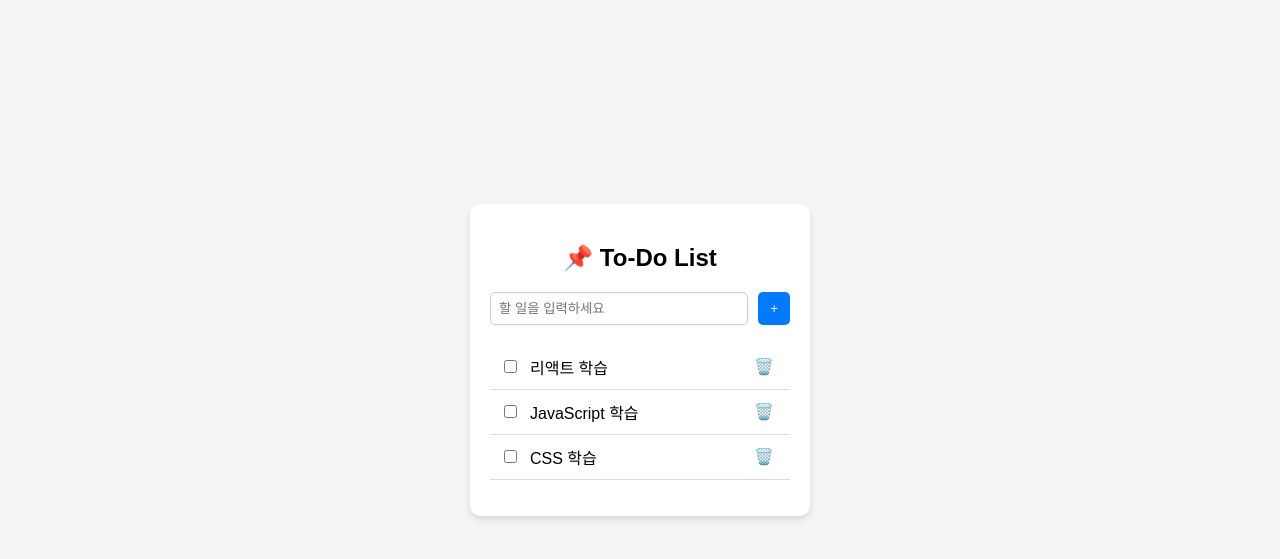
Repository: jongheonleee/todo-list
Page: /
An editor plug-in stored every save of this project. The page is shown before and after the next save, followed by the edit.
The browser window is 1280 px wide. The pictures show the whole page.
The project was rebuilt for these pictures with package versions that can differ from the ones it lists, and the page was loaded fresh each time.

Above is the page before, as saved 2025-02-19 15:34:03.

After the next save:
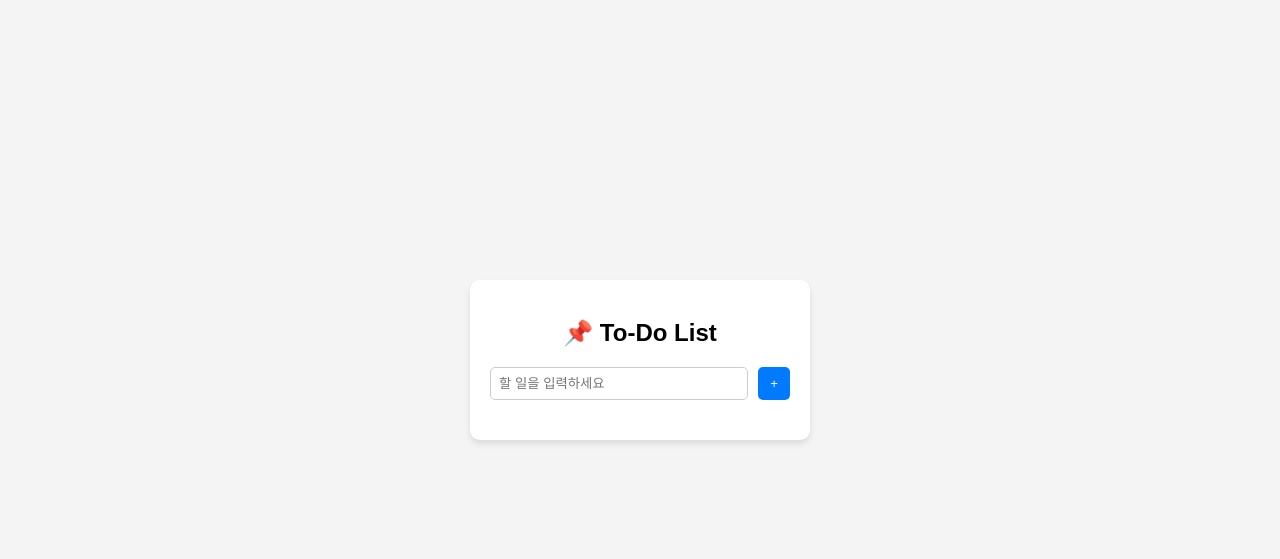
Saved 29 s later.
--- a/src/components/ToDoItem.js
+++ b/src/components/ToDoItem.js
@@ -13,7 +13,7 @@
                 <input type="checkbox" />
                 <span>{done ? <del>text</del> : text}</span>
             </div>
-            <button className="delete-btn" onClick={handleDelete}>🗑️</button>
+            <button className="delete-btn" onClick={handleDelete(id)}>🗑️</button>
         </li>
     )
 }

After the 2 saves that followed:
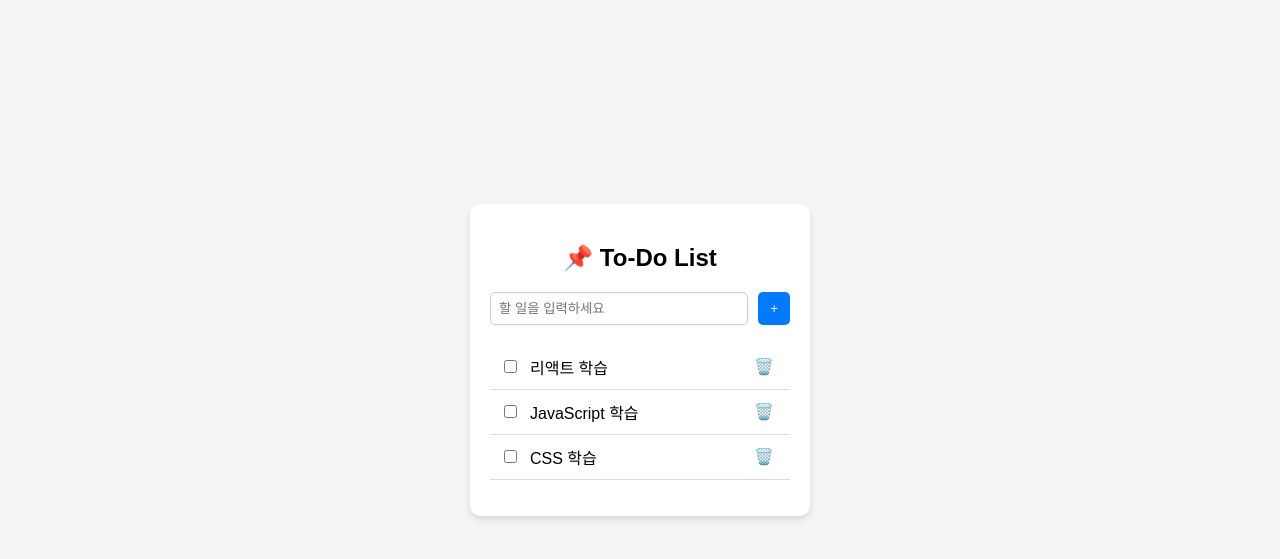
The 2 saves are shown as one change because 1 left the picture as it was.
The last was saved 69 s later.
--- a/src/App.js
+++ b/src/App.js
@@ -10,7 +10,7 @@ const App = () => {
   // 해당 컴포넌트에서 관리해야할 필드값 정의
 
   // 기본적으로 보여줄 리스트
-  const [id, setId] = useState(0); // 특정 아잉템에 해당하는 id
+  const [id, setId] = useState(-1); // 특정 아잉템에 해당하는 id
   const [items, setItems] = useState([{ id : 1, text : "리액트 학습", done : false},
                                       { id : 2, text : "JavaScript 학습", done : false},
                                       { id : 3, text : "CSS 학습", done : false}]); // 기본적으로 보여줄 items
@@ -30,7 +30,7 @@ const App = () => {
     setItems(newItems);
 
     // - id를 초기화한다.
-    setId(0);
+    setId(-1);
 
   };
 
--- a/src/components/ToDoItem.js
+++ b/src/components/ToDoItem.js
@@ -13,7 +13,7 @@
                 <input type="checkbox" />
                 <span>{done ? <del>text</del> : text}</span>
             </div>
-            <button className="delete-btn" onClick={handleDelete(id)}>🗑️</button>
+            <button className="delete-btn" onClick={() => handleDelete(id)}>🗑️</button>
         </li>
     )
 }
